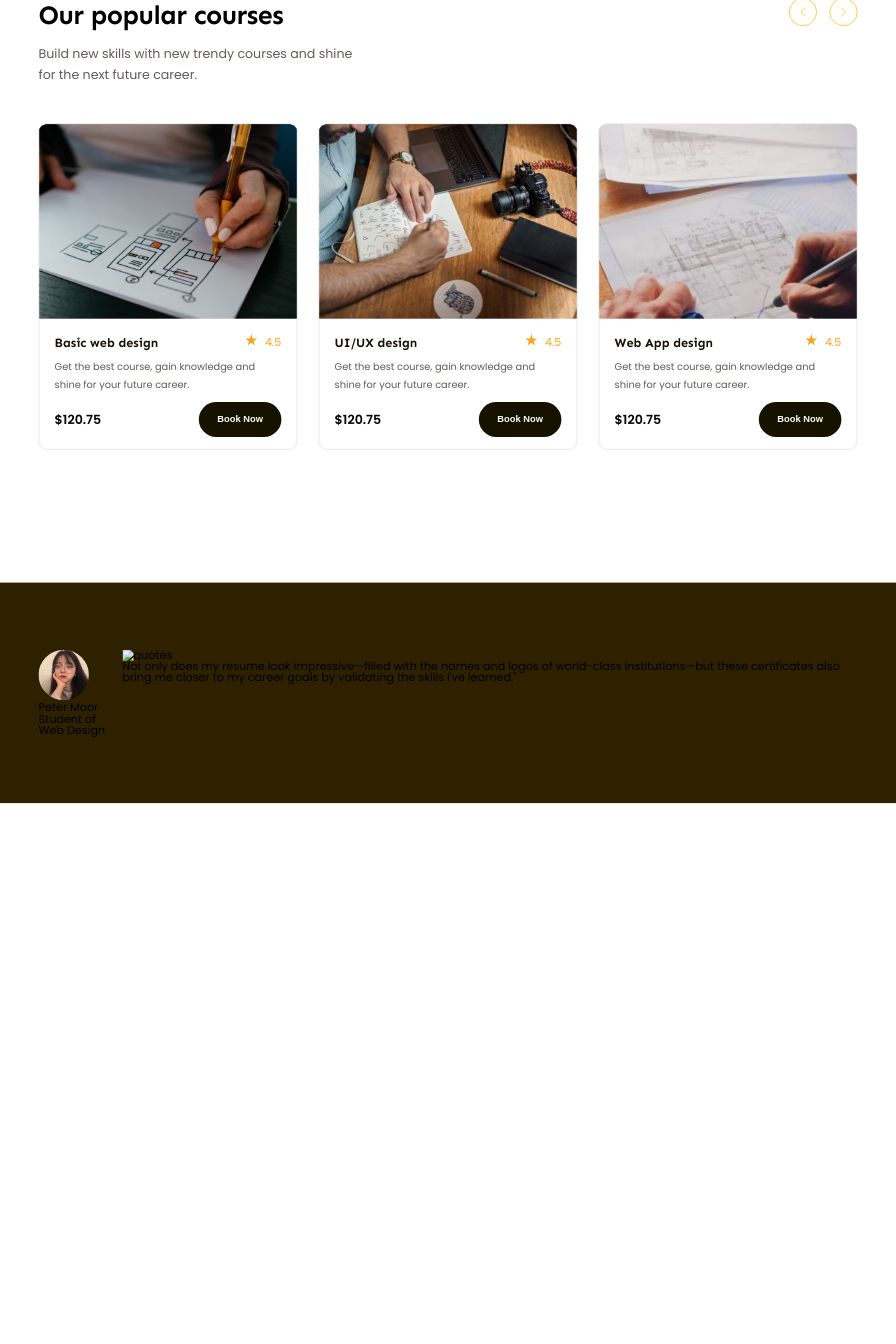
Repository: Toihoclaptrinh/duan1_figma
Page: index.html
An editor plug-in stored every save of this project. The page is shown before and after the next save, followed by the edit.
The browser window is 1280 px wide. The pictures show the part of the page from y = 1106 to 3026 px (the page is 10000 px tall), at 70% of full size.

Above is the page before, as saved 2024-02-09 23:27:08.

After the next save:
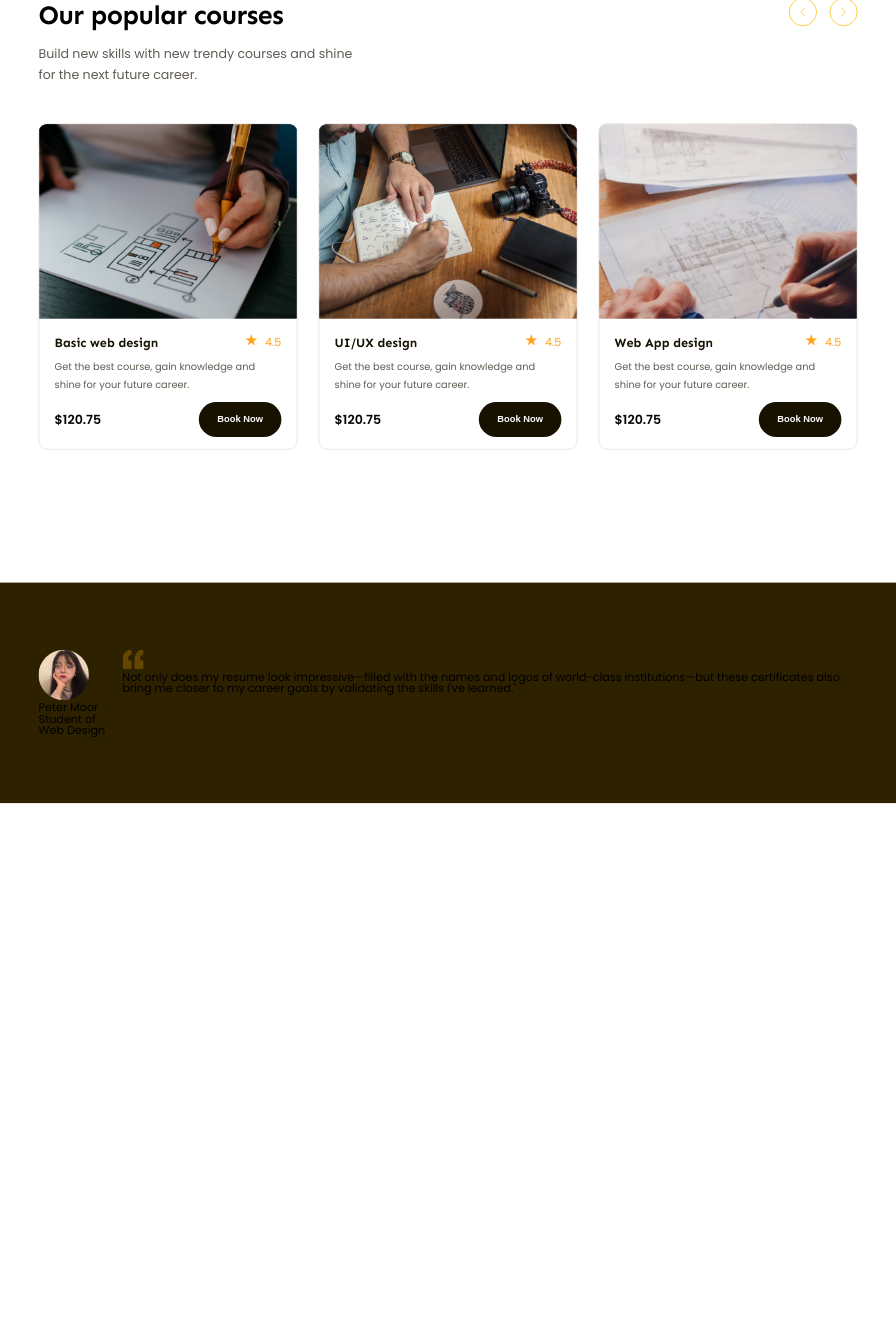
Saved 14 s later.
--- a/index.html
+++ b/index.html
@@ -229,7 +229,7 @@
                 </div>
                 <!-- khối bên phải -->
                 <div class="describe">
-                  <img src="#!" alt="quotes" class="quotes">
+                  <img src="./assets/icon/quotes.svg" alt="quotes" class="quotes">
                   <p class="desc"> Not only does my resume look impressive—filled with the names and logos of
                     world-class institutions—but these certificates also bring me closer to my career goals by
                     validating the skills I've learned." </p>
